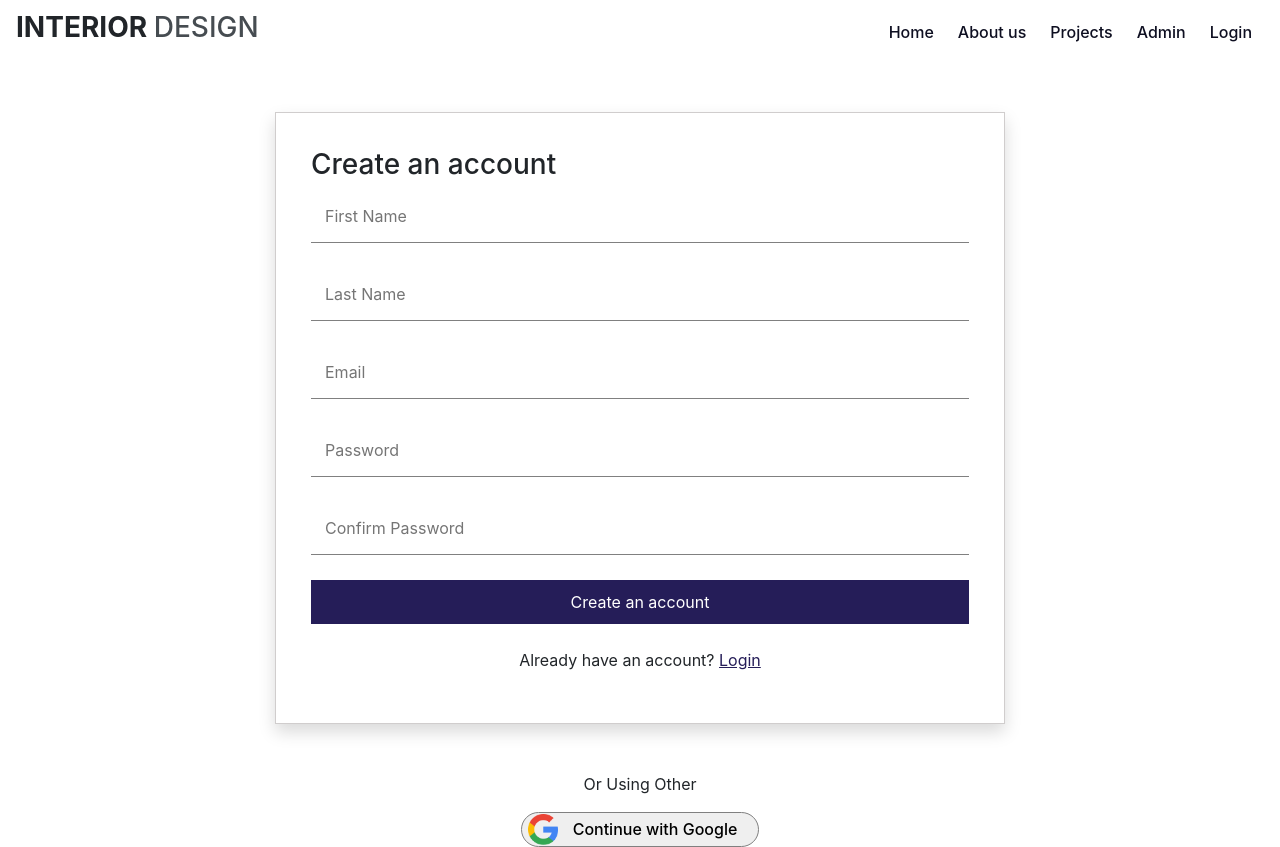
Repository: arif286/home-decoration-client-site
Page: /login
An editor plug-in stored every save of this project. The page is shown before and after the next save, followed by the edit.
The browser window is 1280 px wide. The pictures show the whole page.
The project was rebuilt for these pictures with package versions that can differ from the ones it lists, and the page was loaded fresh each time. Also part of the build but not shown: src/components/DashBoard/Admin/AddService/AddService.css, src/components/DashBoard/Admin/AddService/AddService.js, src/components/DashBoard/Admin/MakeAdmin/MakeAdmin.css, src/components/DashBoard/Admin/MakeAdmin/MakeAdmin.js, src/components/DashBoard/Admin/ManageService/ManageService.js, src/components/DashBoard/Admin/OrderList/OrderList.js, src/components/DashBoard/User/Booking/Booking.js, src/components/DashBoard/User/BookingList/BookingList.js and 19 more.

Above is the page before, as saved 2021-04-16 00:11:53.

### src/App.js
import "bootstrap/dist/css/bootstrap.min.css";
import React, { createContext, useState } from "react";
import { BrowserRouter as Router, Route, Switch } from "react-router-dom";
import DashBoard from "./components/DashBoard/DashBoard/DashBoard";
import Home from "./components/HomePage/Home/Home";
import SignUp from "./components/LoginPage/SignUp/SignUp";

export const UserContext = createContext();

function App() {
  const [loggedInUser, setLoggedInUser] = useState({});
  return (
    <UserContext.Provider value={[loggedInUser, setLoggedInUser]}>
      <Router>
        <Switch>
          <Route path="/home">
            <Home />
          </Route>
          <Route path="/dashBoard">
            <DashBoard />
          </Route>
          <Route path="/login">
            <SignUp />
          </Route>
          <Route exact path="/">
            <Home />
          </Route>
        </Switch>
      </Router>
    </UserContext.Provider>
  );
}

export default App;

### src/components/LoginPage/SignUp/SignUp.js
import React, { useRef, useState } from "react";
import { Col, Container, Row } from "react-bootstrap";
import { useForm } from "react-hook-form";
import { NavLink } from "react-router-dom";
import NavBar from "../../HomePage/NavBar/NavBar";
import GoogleLogin from "../GoogleLogin/GoogleLogin";
import { initializeLoginFirebase } from "../LoginManager";
import "./SignUp.css";

const SignUp = () => {
  const [toggle, setToggle] = useState(false);
  const {
    register,
    handleSubmit,
    watch,
    formState: { errors },
  } = useForm();
  const password = useRef({});
  password.current = watch("password", "");

  initializeLoginFirebase();
  const onSubmit = (data) => console.log(data);

  return (
    <>
      <NavBar />
      <Container className="mt-5">
        <Row className="justify-content-center">
          <Col xs={10} md={8}>
            {!toggle ? (
              <form
                className="login-form shadow"
                onSubmit={handleSubmit(onSubmit)}
              >
                <h3>Create an account</h3>
                <input
                  type="text"
                  {...register("firstName", { required: true })}
                  placeholder="First Name"
                />

                <input
                  type="text"
                  {...register("lastName", { required: true })}
                  placeholder="Last Name"
                />

                <input
                  type="email"
                  {...register("email", { required: true })}
                  placeholder="Email"
                />
                <input
                  type="password"
                  {...register("password", { required: true })}
                  placeholder="Password"
                />
                <input
                  type="password"
                  {...register("confirmation", {
                    validate: (value) =>
                      value === password.current || "password do not match",
                  })}
                  placeholder="Confirm Password"
                />
                {errors.confirmation && <p>{errors.confirmation.message}</p>}

                <button type="submit" className="w-100 submit-btn">
                  Create an account
                </button>
                <p className="text-center mt-4">
                  Already have an account?{" "}
                  <span
                    onClick={() => {
                      setToggle(true);
                    }}
                  >
                    Login
                  </span>
                </p>
              </form>
            ) : (
              <form
                className="login-form shadow"
                onSubmit={() => {
                  handleSubmit(onSubmit);
                }}
              >
                <h3>Login</h3>
                <input
                  type="email"
                  {...register("email", { required: true })}
                  placeholder="Email"
                />
                <input
                  type="password"
                  {...register("password", { required: true })}
                  placeholder="Password"
                />
                <div className="d-flex justify-content-between">
                  <div>
                    <input
                      style={{ width: "15px", marginRight: "10px" }}
                      type="checkbox"
                      id="rememberMe"
                      name="rememberMe"
                      value="Bike"
                    />
                    <label htmlFor="rememberMe">Remember Me</label>
                  </div>
                  <NavLink to="" className="reset-password">
                    Forgot password
                  </NavLink>
                </div>
                <button type="submit" className="w-100 submit-btn">
                  Login
                </button>
                <p className="text-center mt-4">
                  Don't have an account?
                  <span
                    onClick={() => {
                      setToggle(true);
                    }}
                  >
                    Create an account
                  </span>
                </p>
              </form>
            )}
          </Col>
        </Row>
        <div className="mt-5 text-center">
          <GoogleLogin />
        </div>
      </Container>
    </>
  );
};

export default SignUp;

### src/components/HomePage/AboutUs/AboutUs.js
import { faCheckCircle } from "@fortawesome/free-solid-svg-icons";
import { FontAwesomeIcon } from "@fortawesome/react-fontawesome";
import React from "react";
import { Col, Container, Row } from "react-bootstrap";
import architects from "../../../home-decoration/Image_Icon/Image/architect.jpg";
import "./AboutUs.css";

const checkBox = <FontAwesomeIcon icon={faCheckCircle} />;

const AboutUs = () => {
  return (
    <Container className="mt-5">
      <h1 className="text-center mb-4">About Us</h1>
      <Row className="row-cols-1 row-cols-md-2">
        <Col className="pb-4">
          <img
            style={{ objectFit: "cover" }}
            className="w-100 h-100"
            src={architects}
            alt=""
          />
        </Col>
        <Col className="pb-4 about-us">
          <p className="welcome-text">
            <small>WELCOME TO OUR AGENCY</small>
          </p>
          <h5>MOST EXPERIENCED BUILDERS ARCHITECTS & DESIGNERS</h5>
          <p style={{ color: "#C0AC95", fontStyle: "italic", fontWeight: 500 }}>
            We're building everything you always needed in architect
          </p>

          <p>
            Lorem ipsum dolor sit amet, consectetur notted adipisicing elit sed
            do eiusmod tempor incididunt by injected humou or randomised simply
            not wisdome to do that avail words even slightly believable.
          </p>
          <div>
            <p>
              <span>{checkBox}</span>Lorem Ipsum is not simply random text
            </p>
            <p>
              <span>{checkBox}</span>Making this the first true on Internet
            </p>
            <p>
              <span>{checkBox}</span>There are slighly believable words
            </p>
            <p>
              <span>{checkBox}</span>If you are going to use passage
            </p>
          </div>
        </Col>
      </Row>
    </Container>
  );
};

export default AboutUs;

### src/components/HomePage/NavBar/NavBar.js
import React from 'react';
import { Nav, Navbar } from 'react-bootstrap';
import { NavLink } from 'react-router-dom';
import './NavBar.css';

const NavBar = () => {
    return (
      <>
        <Navbar expand="md">
          <h3
            style={{
              fontWeight: 700,
              textTransform: "uppercase",
            }}
          >
            Interior{" "}
            <span style={{ fontWeight: 500, color: "#464C51" }}>Design</span>{" "}
          </h3>
          <Navbar.Toggle aria-controls="basic-navbar-nav" />
          <Navbar.Collapse id="basic-navbar-nav">
            <Nav className="ml-auto">
              <NavLink className="header-link" to="/home">
                Home
              </NavLink>
              <NavLink className="header-link" to="#link">
                About us
              </NavLink>
              <NavLink className="header-link" to="#link">
                Projects
              </NavLink>
              <NavLink className="header-link" to="/admin">
                Admin
              </NavLink>
              <NavLink className="header-link" to="/login">
                Login
              </NavLink>
            </Nav>
          </Navbar.Collapse>
        </Navbar>
      </>
    );
};

export default NavBar;

### src/components/LoginPage/GoogleLogin/GoogleLogin.js
import React from 'react';
import Google from '../../../home-decoration/Image_Icon/Icon/Group 573.png';
import './GoogleLogin.css';
const GoogleLogin = () => {
    const handleGoogleLogin = () => {
        console.log('click me')
  }


    return (
      <>
        <p>Or Using Other</p>
        <button onClick={() => handleGoogleLogin()} className="login-btn">
          <img src={Google} alt="" />
          <p className="login-title">Continue with Google</p>
        </button>
      </>
    );
};

export default GoogleLogin;

### src/components/LoginPage/LoginManager.js
import firebase from "firebase/app";
import "firebase/auth";
import firebaseConfig from "./Login/firebase.config";


export const initializeLoginFirebase = () => {
  if (firebase.apps.length === 0) {
    firebase.initializeApp(firebaseConfig);
  }
};

export const handleGoogleSingIn = () => {
  const googleProvider = new firebase.auth.GoogleAuthProvider();
  return firebase
    .auth()
    .signInWithPopup(googleProvider)
    .then((res) => {
      const { displayName, email, photoURL, phoneNumber } = res.user;
      const singedUser = {
        isSignedIn: true,
        name: displayName,
        email: email,
        password: "",
        success: true,
        photo: photoURL,
        phone: phoneNumber,
      };
      return singedUser;
    })
    .catch((err) => {
      return err.message;
    });
};

export const createUserWithEmailAndPassword = (email, password, fullName) => {
  return firebase
    .auth()
    .createUserWithEmailAndPassword(email, password)
    .then((res) => {
      updateUserName(fullName);
      const newUserInfo = res.user;
      newUserInfo.error = "";
      newUserInfo.success = true;
      return newUserInfo;
    })
    .catch((error) => {
      const newUserInfo = {};
      newUserInfo.error = error.message;
      newUserInfo.success = false;
      return newUserInfo;
    });
};
export const signInWithEmailAndPassword = (email, password) => {
  return firebase
    .auth()
    .signInWithEmailAndPassword(email, password)
    .then((res) => {
      const newUserInfo = res.user;
      newUserInfo.error = "";
      newUserInfo.success = true;
      return newUserInfo;
    })
    .catch((error) => {
      const newUserInfo = {};
      newUserInfo.error = error.message;
      newUserInfo.success = false;
      return newUserInfo;
    });
};

const updateUserName = (fullName) => {
  const user = firebase.auth().currentUser;

  user
    .updateProfile({
      displayName: fullName,
    })
    .then((res) => {
      console.log(res);
    })
    .catch((error) => {
      console.log(error);
    });
};

### src/components/LoginPage/SignUp/SignUp.css
.login-form input {
  width: 100%;
  padding: 14px;
  border: none;
  border-bottom: 1px solid gray;
  margin-bottom: 25px;
  outline: none;
}
.submit-btn {
  border: none;
  outline: none;
  padding: 10px 0px;
  background-color: #251d58;
  color: white;
  font-weight: 400;
}

.login-form {
  border: 1px solid #837b7b61;
  padding: 35px;
}
.login-form span {
  text-decoration: underline;
  color: #251d58;
  cursor: pointer;
}
.reset-password {
  text-decoration: underline;
  color: #251d58;
  font-weight: 500;
}
.reset-password:hover {
  color: #251d58;
  cursor: pointer;
}

### src/components/HomePage/NavBar/NavBar.css
.header-link {
  color: #0e0f21;
  padding: 12px;
  font-weight: 500;
}
.header-link:hover {
  text-decoration: none;
  color: #34364793;
}

### src/components/LoginPage/GoogleLogin/GoogleLogin.css
.login-btn {
  display: flex;
  max-width: 350px;
  border-radius: 50px;
  border: 0.5px solid gray;
  outline: none;
  margin: auto;
}
.login-btn img {
  width: 30px;
}
.login-title {
  margin: auto;
  font-weight: 500;
  padding: 0px 15px;
}

### src/components/LoginPage/Login/firebase.config.js
const firebaseConfig = {
  apiKey: "AIzaSyDXFwxO4NUUuNv2kTPvRSPHIvpb3BshZR8",
  authDomain: "interior-design-service.firebaseapp.com",
  projectId: "interior-design-service",
  storageBucket: "interior-design-service.appspot.com",
  messagingSenderId: "178321530411",
  appId: "1:178321530411:web:fd70607a8d03ac2e24146e",
};
export default firebaseConfig;

Loaded but not shown: public/index.html (common file); src/index.js (common file); src/index.css (common file); src/reportWebVitals.js (common file)

After the next save:
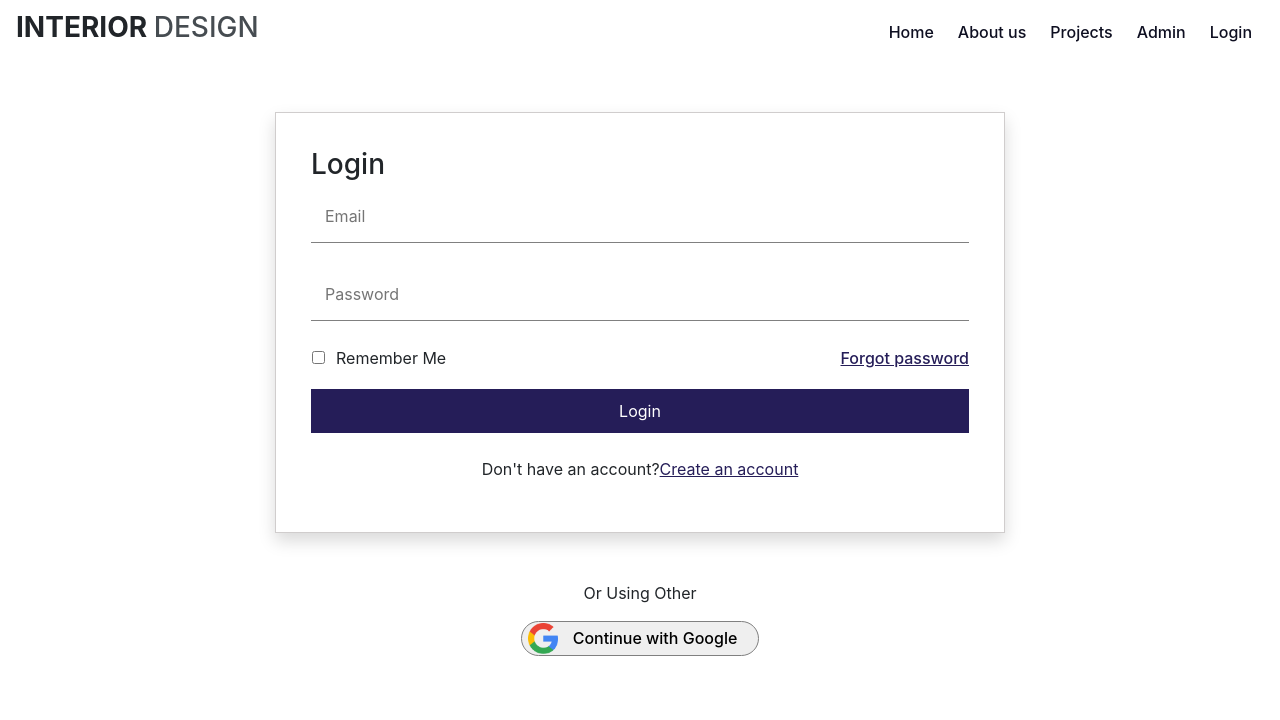
Saved 9 s later.
--- a/src/components/LoginPage/SignUp/SignUp.js
+++ b/src/components/LoginPage/SignUp/SignUp.js
@@ -27,7 +27,7 @@
       <Container className="mt-5">
         <Row className="justify-content-center">
           <Col xs={10} md={8}>
-            {!toggle ? (
+            {toggle ? (
               <form
                 className="login-form shadow"
                 onSubmit={handleSubmit(onSubmit)}

After the 2 saves that followed:
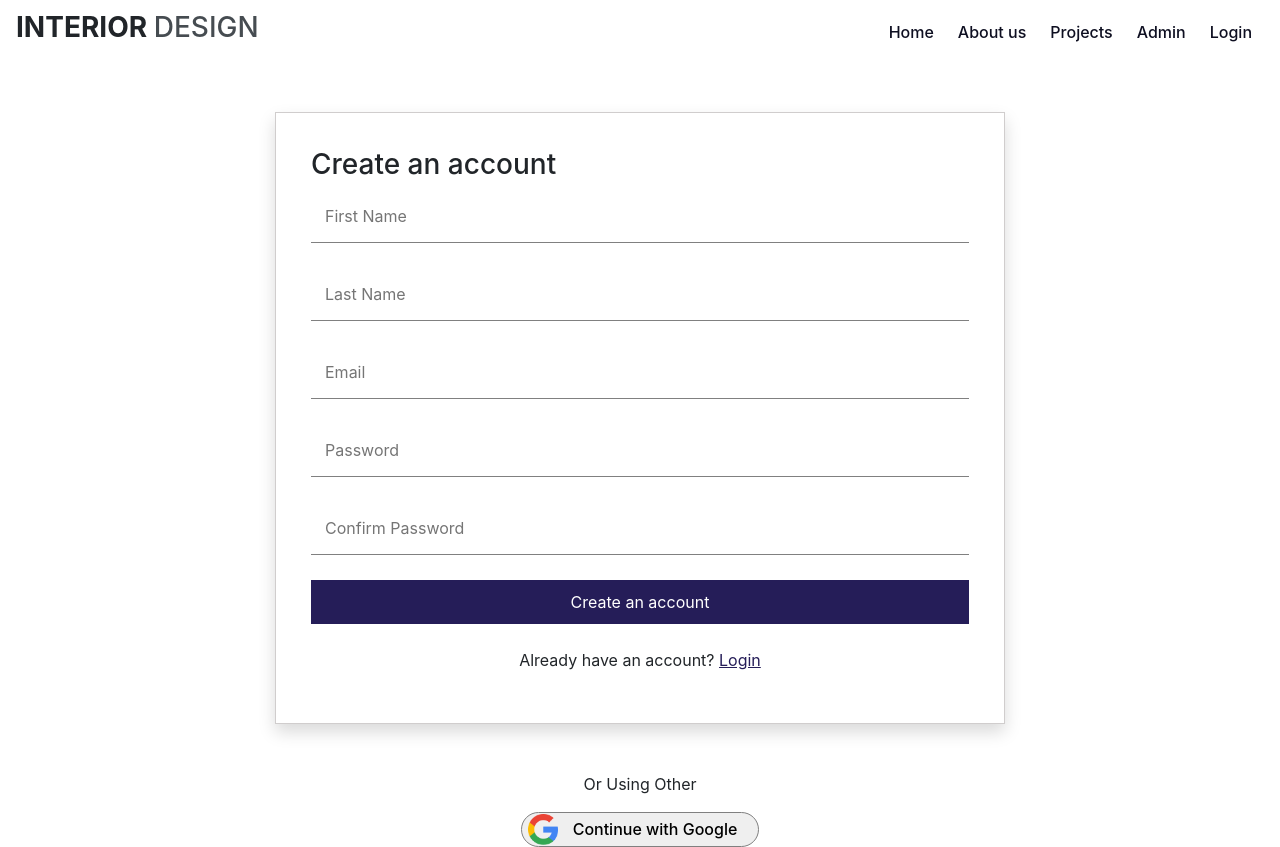
The 2 saves are shown as one change because 1 left the picture as it was.
The last was saved 46 s later.
--- a/src/components/LoginPage/SignUp/SignUp.js
+++ b/src/components/LoginPage/SignUp/SignUp.js
@@ -27,7 +27,7 @@
       <Container className="mt-5">
         <Row className="justify-content-center">
           <Col xs={10} md={8}>
-            {toggle ? (
+            {!toggle ? (
               <form
                 className="login-form shadow"
                 onSubmit={handleSubmit(onSubmit)}
@@ -72,7 +72,7 @@
                   Already have an account?{" "}
                   <span
                     onClick={() => {
-                      setToggle(true);
+                      setToggle(false);
                     }}
                   >
                     Login
